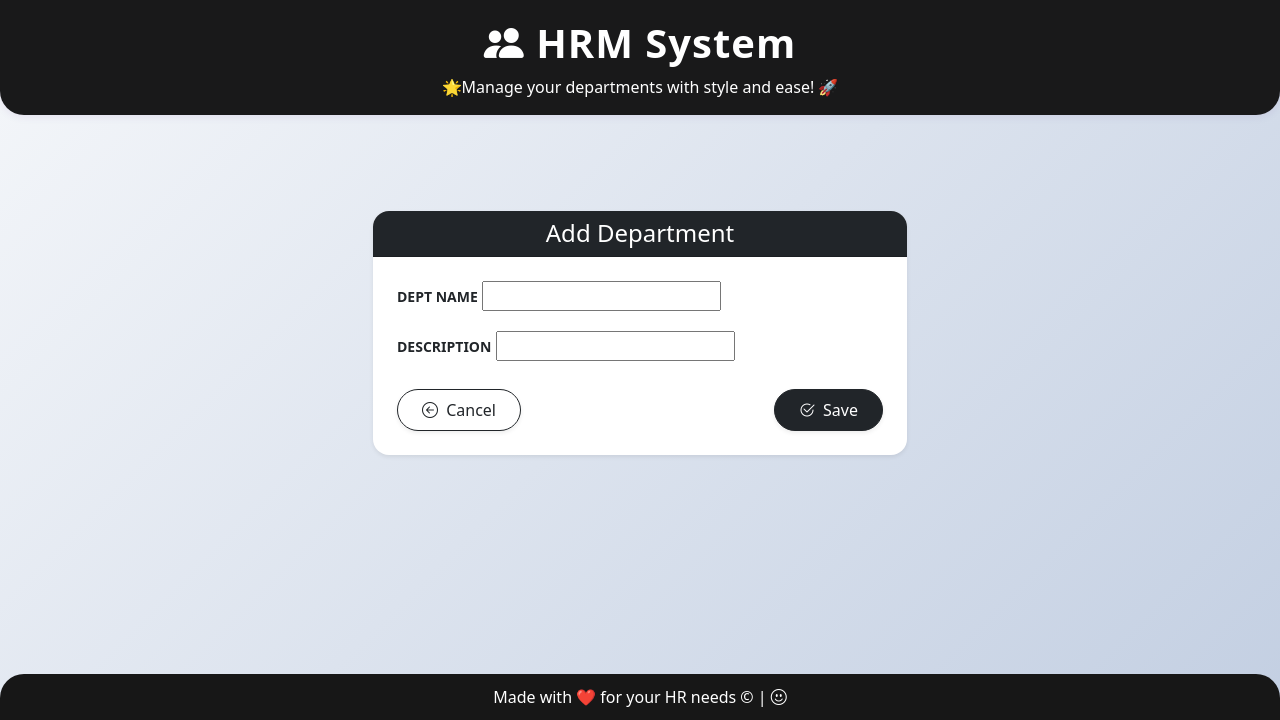
Repository: rtrupti09/HRMS
Page: http://localhost/departments/add/
These files come from the project's save history. The page is drawn as it stood at one moment and after the next save; the edit follows.
The browser window is 1280 px wide. The pictures show the whole page.
The page is served by the project's application, run on Django 5.2 (hrm_system/manage.py). The first stored user is signed in. Other server files are loaded and not shown. The page reads the database file committed with the project.

Above is the page before, as saved 2025-06-22 16:08:05.

### hrm_system/templates/department/add_edit.html
{% extends "base.html" %}
{% block content %}
<div class="container py-5">
    <div class="row justify-content-center">
        <div class="col-md-4 col-lg-6">
            <div class="card shadow-sm border-0 rounded-4">
                <div class="card-header bg-dark text-white rounded-top-4">
                    <h4 class="mb-0 text-center">
                        {{ form.instance.pk|yesno:"Edit Department,Add Department" }}
                    </h4>
                </div>
                <div class="card-body p-4">
                    <form method="post" novalidate>
                        {% csrf_token %}
                        {% for field in form %}
                            <div class="mb-3">
                                <label for="{{ field.id_for_label }}" class="form-label fw-semibold text-dark small text-uppercase">{{ field.label }}</label>
                                {{ field }}
                                {% if field.errors %}
                                    <div class="text-danger small">
                                        {{ field.errors|striptags }}
                                    </div>
                                {% endif %}
                            </div>
                        {% endfor %}

                       <div class="d-flex justify-content-between mt-4">
                            <a href="{% url 'department_dashboard' %}" class="btn btn-outline-dark px-4 py-2 rounded-pill shadow-sm">
                                <i class="bi bi-arrow-left-circle me-1"></i> Cancel
                            </a>
                            <button type="submit" class="btn btn-dark px-4 py-2 rounded-pill shadow-sm">
                                <i class="bi bi-check2-circle me-1"></i> Save
                            </button>
                        </div>

                    </form>
                </div>
            </div>
        </div>
    </div>
</div>
{% endblock %}

### hrm_system/templates/base.html
<!-- templates/base.html -->
<!DOCTYPE html>
<html lang="en">
<head>
    <meta charset="UTF-8">
    <title>HRM System</title>
    <meta name="viewport" content="width=device-width, initial-scale=1">
    <link href="https://cdn.jsdelivr.net/npm/bootstrap@5.3.0/dist/css/bootstrap.min.css" rel="stylesheet">
    <link rel="stylesheet" href="https://cdn.jsdelivr.net/npm/bootstrap-icons@1.10.5/font/bootstrap-icons.css">
    <style>
    html, body {
        height: 100%;
        margin: 0;
        display: flex;
        flex-direction: column;
    }

    body {
        background: linear-gradient(135deg, #f5f7fa 0%, #c3cfe2 100%);
    }

    body > .container {
        flex: 1 0 auto;
    }

    .hrm-header {
        background: #19191a;
        color: #fff;
        padding: 1.2rem 0 1rem 0;
        border-radius: 0 0 24px 24px;
        box-shadow: 0 2px 8px rgba(75,0,130,0.08);
        margin-bottom: 2rem;
    }

    .hrm-footer {
        background: #171717;
        color: #fff;
        text-align: center;
        padding: 0.7rem 0;
        border-radius: 24px 24px 0 0;
        font-size: 1rem;
        flex-shrink: 0;
    }
</style>

    {% block extra_head %}{% endblock %}
</head>
<body>
    <div class="hrm-header text-center">
        <h1 style="font-weight:bold; letter-spacing:1px;"><i class="bi bi-people-fill"></i> HRM System</h1>
        <p class="mb-0">🌟Manage your departments with style and ease! 🚀</p>
    </div>
    <div class="container pt-3">
        {% if messages %}
        <div>
            {% for message in messages %}
                <div class="alert alert-{{ message.tags }} alert-dismissible fade show" role="alert">
                    {{ message }}
                    <button type="button" class="btn-close" data-bs-dismiss="alert"></button>
                </div>
            {% endfor %}
        </div>
        {% endif %}
        {% block content %}{% endblock %}
    </div>
    <div class="hrm-footer">
        <span>Made with ❤️ for your HR needs &copy; {{ now|date:'Y' }} | <i class="bi bi-emoji-smile"></i></span>
    </div>
</body>
</html>

### hrm_system/department/forms.py
# department/forms.py
from django import forms
from .models import Department

class DepartmentForm(forms.ModelForm):
    class Meta:
        model = Department
        fields = ['dept_name', 'description']

### hrm_system/department/models.py
# department/models.py
from django.db import models

class Department(models.Model):
    dept_name = models.CharField(max_length=100)
    description = models.CharField(max_length=300)
    created_at = models.DateTimeField(auto_now_add=True)
    updated_at = models.DateTimeField(auto_now=True)
    status = models.BooleanField(default=True)

    def __str__(self):
        return self.dept_name

### hrm_system/department/views.py
# department/views.py
from django.shortcuts import render, redirect, get_object_or_404
from .models import Department
from .forms import DepartmentForm
from django.contrib import messages
from django.contrib.auth.decorators import user_passes_test

def admin_required(view_func):
    return user_passes_test(lambda u: u.is_superuser)(view_func)

@admin_required
def department_dashboard(request):
    departments = Department.objects.all()
    query = request.GET.get("search", "")
    if query:
        departments = departments.filter(dept_name__icontains=query)
    return render(request, "department/dashboard.html", {"departments": departments})

@admin_required
def add_department(request):
    if request.method == "POST":
        form = DepartmentForm(request.POST)
        if form.is_valid():
            form.save()
            messages.success(request, "Department added successfully.")
            return redirect('department_dashboard')
    else:
        form = DepartmentForm()
    return render(request, "department/add_edit.html", {"form": form})

@admin_required
def edit_department(request, dept_id):
    department = get_object_or_404(Department, pk=dept_id)
    if request.method == "POST":
        form = DepartmentForm(request.POST, instance=department)
        if form.is_valid():
            form.save()
            messages.success(request, "Department updated successfully.")
            return redirect('department_dashboard')
    else:
        form = DepartmentForm(instance=department)
    return render(request, "department/add_edit.html", {"form": form})

@admin_required
def delete_department(request, dept_id):
    department = get_object_or_404(Department, pk=dept_id)
    if request.method == "POST":
        department.status = False  # Soft delete
        department.save()
        messages.warning(request, "Department deactivated. Reassign employees before deletion.")
        return redirect('department_dashboard')
    return render(request, "department/confirm_delete.html", {"department": department})

### hrm_system/hrm_system/urls.py
"""
URL configuration for hrm_system project.

The `urlpatterns` list routes URLs to views. For more information please see:
    https://docs.djangoproject.com/en/5.2/topics/http/urls/
Examples:
Function views
    1. Add an import:  from my_app import views
    2. Add a URL to urlpatterns:  path('', views.home, name='home')
Class-based views
    1. Add an import:  from other_app.views import Home
    2. Add a URL to urlpatterns:  path('', Home.as_view(), name='home')
Including another URLconf
    1. Import the include() function: from django.urls import include, path
    2. Add a URL to urlpatterns:  path('blog/', include('blog.urls'))
"""
# hrm_system/urls.py

from django.contrib import admin
from django.urls import path, include
from django.shortcuts import redirect

urlpatterns = [
    path('admin/', admin.site.urls),
    path('departments/', include('department.urls')),
    path('accounts/', include('django.contrib.auth.urls')),  # ✅ Add this line
    path('', lambda request: redirect('department_dashboard')),
]

### hrm_system/department/urls.py
# department/urls.py
from django.urls import path
from . import views

urlpatterns = [
    path('', views.department_dashboard, name='department_dashboard'),
    path('add/', views.add_department, name='add_department'),
    path('edit/<int:dept_id>/', views.edit_department, name='edit_department'),
    path('delete/<int:dept_id>/', views.delete_department, name='delete_department'),
]

### hrm_system/db.sqlite3 (the tables this page reads, as SQL)
CREATE TABLE "auth_user" ("id" integer NOT NULL PRIMARY KEY AUTOINCREMENT, "password" varchar(128) NOT NULL, "last_login" datetime NULL, "is_superuser" bool NOT NULL, "username" varchar(150) NOT NULL UNIQUE, "last_name" varchar(150) NOT NULL, "email" varchar(254) NOT NULL, "is_staff" bool NOT NULL, "is_active" bool NOT NULL, "date_joined" datetime NOT NULL, "first_name" varchar(150) NOT NULL);
INSERT INTO "auth_user" VALUES
(1, 'pbkdf2_sha256$1000000$klXm5yfIOGV7m5jneleXNI$T7tebBIVv4do04abtiFRVLbcZeciDKrjFDq6fdQjkgs=', '2025-06-22 09:39:57.673721', 1, 'admin', '', '', 1, 1, '2025-06-22 09:14:34.032178', '');

After the next save:
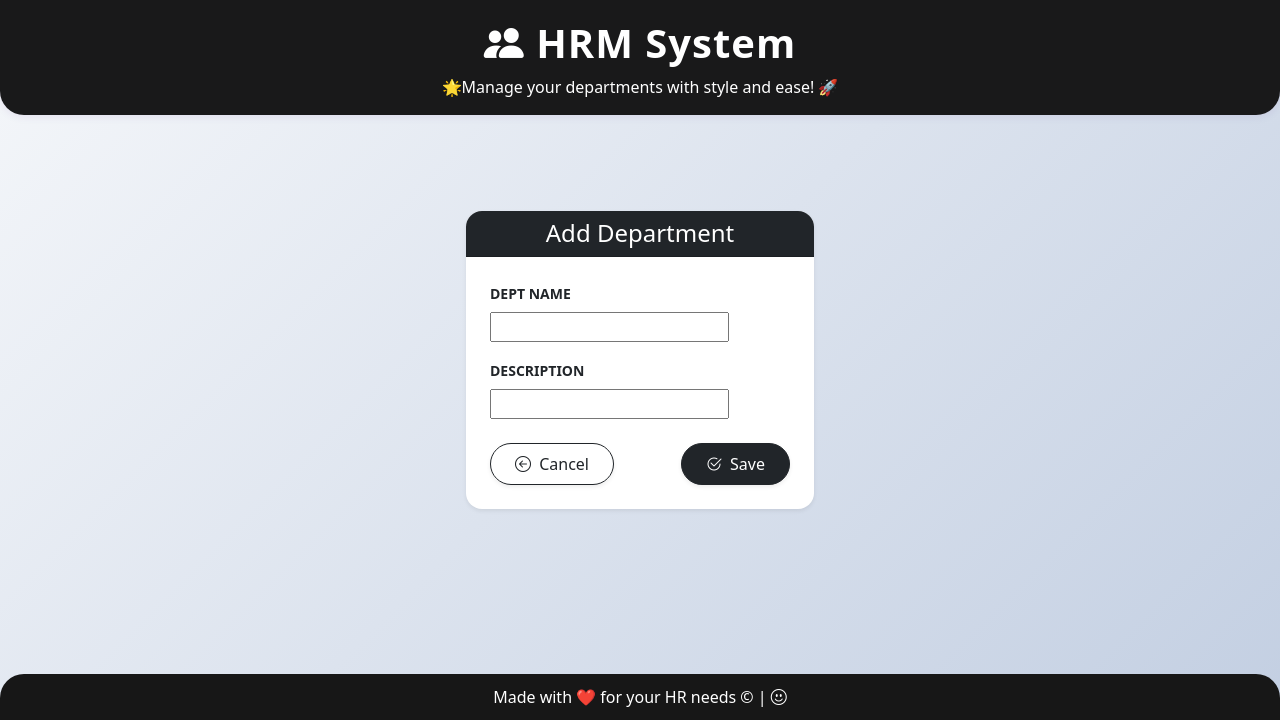
Saved 7 s later.
--- a/hrm_system/templates/department/add_edit.html
+++ b/hrm_system/templates/department/add_edit.html
@@ -2,7 +2,7 @@
 {% block content %}
 <div class="container py-5">
     <div class="row justify-content-center">
-        <div class="col-md-4 col-lg-6">
+        <div class="col-md-4 col-lg-">
             <div class="card shadow-sm border-0 rounded-4">
                 <div class="card-header bg-dark text-white rounded-top-4">
                     <h4 class="mb-0 text-center">

After the 3 saves that followed:
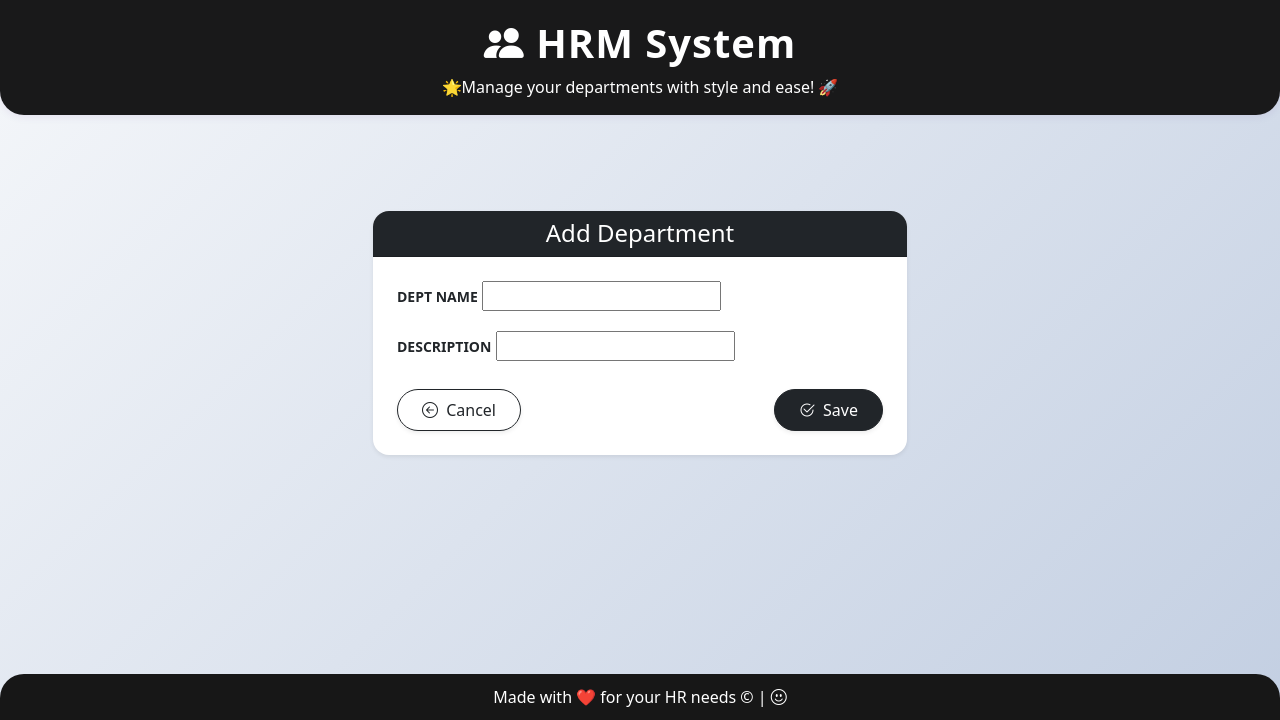
The 3 saves are shown as one change because 1 left the picture as it was and some came seconds apart.
The last was saved 12 s later.
--- a/hrm_system/templates/department/add_edit.html
+++ b/hrm_system/templates/department/add_edit.html
@@ -2,7 +2,7 @@
 {% block content %}
 <div class="container py-5">
     <div class="row justify-content-center">
-        <div class="col-md-4 col-lg-">
+        <div class="col-md-4 col-lg-6">
             <div class="card shadow-sm border-0 rounded-4">
                 <div class="card-header bg-dark text-white rounded-top-4">
                     <h4 class="mb-0 text-center">
